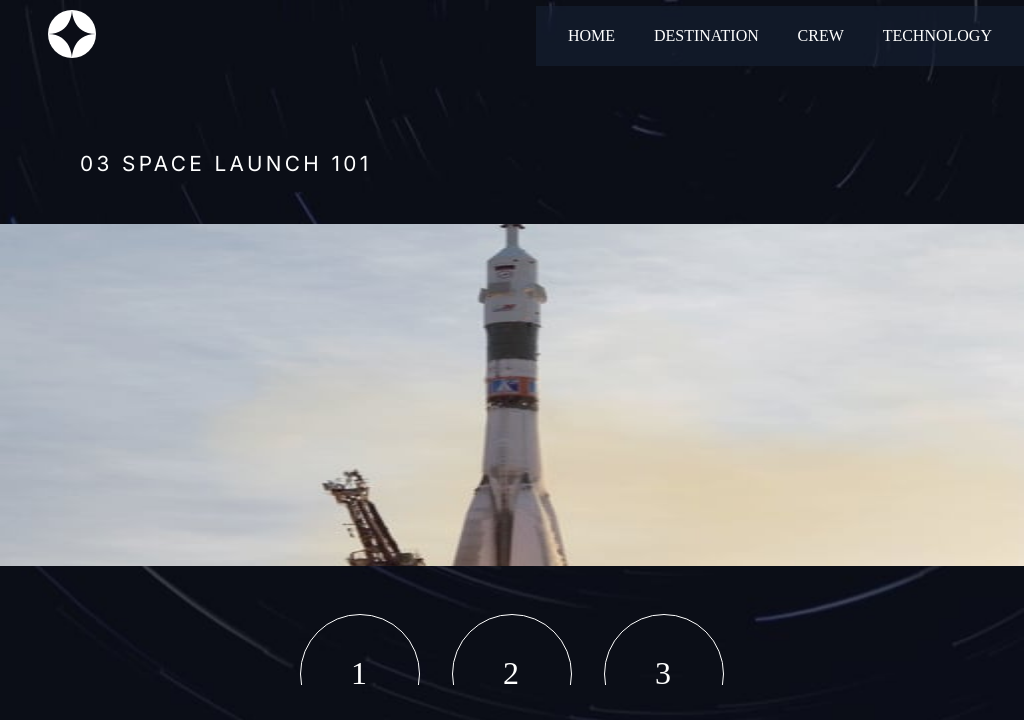
Repository: nilesjamex/space
Page: /Technology
An editor plug-in stored every save of this project. The page is shown before and after the next save, followed by the edit.
The browser window is 1024 px wide. The pictures show the whole page.
Some web fonts or font styles are not loaded; a fallback is used. The project was rebuilt for these pictures with package versions that can differ from the ones it lists, and the page was loaded fresh each time. The framework's server and built-in components were replaced by stand-ins that run in the browser. Also part of the build but not shown: next.config.js.

Above is the page before, as saved 2022-01-09 00:06:41.

### pages/_document.js
import Document, { Html, Head, Main, NextScript } from 'next/document'

class MyDocument extends Document {
  render() {
    return (
      <Html>
        <Head>
          <link rel="preconnect" href="https://fonts.googleapis.com" />
<link rel="preconnect" href="https://fonts.gstatic.com" crossOrigin />
<link href="https://fonts.googleapis.com/css2?family=Bellefair&display=swap" rel="stylesheet" />
        <link rel="preconnect" href="https://fonts.googleapis.com" />
<link rel="preconnect" href="https://fonts.gstatic.com" crossOrigin />
<link href="https://fonts.googleapis.com/css2?family=Barlow+Condensed:ital,wght@0,100;0,300;0,400;1,100&family=Inter&display=swap" rel="stylesheet" />
        </Head>
        <body>
          <Main />
          <NextScript />
        </body>
      </Html>
    )
  }
}

export default MyDocument

### pages/Technology.js
import React from 'react'
import Home from '../Components/Technology/Home/home';



const Technology = () => {
    return (
        <div>
            <Home />
        </div>
    )
}

export default Technology

### styles/globals.css
a {
  color: inherit;
  text-decoration: none;
}

*{
  margin: 0;
  padding: 0;
  box-sizing: border-box;
  max-width: 100%;
  max-height: 100vh;
  overflow-y: hidden;
}

li {
  list-style: none;
  cursor: pointer;
}

### Components/Technology/Home/home.js
import React from 'react';
import styles from './home.module.css'
import Nav from './../../../Layout/Nav';
import { Image } from 'next/image';
import Tech from './../Tech1/Tech';

export const Home = () => {
    return (
        <div className={styles.home}>
        <div>
         <Nav/>
        </div>
        <div>
        <div>
           <h3 className={styles.hometext}> 03 Space launch 101</h3>
        </div>
        </div>
        <div>
        <Tech />
        </div>
        </div>
    )
}
export default Home

### Components/Technology/Home/home.module.css
.home {
    background: url("../../../public/assets/technology/background-technology-desktop.jpg");
    background-size: cover;
    height: 100vh;
}
.hometext {
    font-family: 'Barlow Condensed', sans-serif;
    font-family: 'Inter', sans-serif;
    font-style: normal;
    font-weight: normal;
    font-size: 28px;
    line-height: 34px;letter-spacing: 4.725px;
    text-transform: uppercase;
    color: #FFFFFF;
    margin: 5rem 0 1rem 10rem;
}

@media screen and (max-width: 1024px) {
    .home {
        background: url("../../../public/assets/technology/background-technology-tablet.jpg");
        background-size: cover;
        height: 100vh;
    }
    .hometext {
        font-size: 1.3rem;
        line-height: 24px;
        /*  identical to box height */
        letter-spacing: 3.375px;
        margin: 5rem 0 1rem 5rem;
    }
}

### Layout/Nav.js
import React, {useState} from 'react';
import styles from './nav.module.css';
import Link from 'next/link';

const Nav = ({children}) => {
  const [active, setActive] = useState(false);

  const onClick = (e) => {
    setActive(!active);
  };
    return (
       <div className={styles.navBody}>
        <nav className={styles.nav}>
         <div>
            <svg width="48" height="48" viewBox="0 0 48 48" fill="none" xmlns="http://www.w3.org/2000/svg">
<circle cx="24" cy="24" r="24" fill="white"/>
<path fillRule="evenodd" clipRule="evenodd" d="M24 0C24 0 24 24 0 24C23.5776 24.1714 24 48 24 48C24 48 24 24 48 24C24 24 24 0 24 0Z" fill="#0B0D17" />
</svg>
  </div>

<ul className={`${styles.ul} ${active ? styles.activenav : ""}` } >
<li className={styles.li}><Link href="/"> HOME </Link></li>
<li className={styles.li}><Link href="/Destinations">DESTINATION </Link></li>
<li className={styles.li}><Link href="/Crew">CREW</Link></li>
<li className={styles.li}><Link href="/Technology">TECHNOLOGY</Link></li>
</ul>
<div className={`${styles.toggle} ${active ? styles.toggleanime : ""}`}
          onClick={onClick}
        >
          <div className={`${styles.toggleline} ${styles.line1}`}></div>
          <div className={`${styles.toggleline} ${styles.line2}`}></div>
          <div className={`${styles.toggleline} ${styles.line3}`}></div>
        </div>
        </nav>
      <div className={styles.mainBody}> {children} </div>
</div>
    )
}

export default Nav

### Components/Technology/Tech1/Tech.js
import React, {useState} from 'react'
import Image from 'next/image';
import styles from './Tech.module.css';
import Vehicle from '../../../public/assets//technology/image-launch-vehicle-landscape.jpg';
import Vehicle2 from '../../../public/assets//technology/image-launch-vehicle-portrait.jpg';
import Spaceport from '../../../public/assets//technology/image-spaceport-landscape.jpg';
import Capsule from '../../../public/assets//technology/image-space-capsule-landscape.jpg';
const Tech = () => {
    const [steps, setSteps] = useState(1);

    const next = (e) => {
        e.preventDefault();
        setSteps(steps + 1);
    }
    const prev = (e) => {
        e.preventDefault();
        setSteps(steps - 1);
    };

    switch (steps) {
        case 1:
            return (
        <div className={styles.techhome}>
           <div className={styles.TechNumbers}>
           <ul className={styles.numbers}>
           <li className={styles.number}>1</li>
           <li onClick={next} className={styles.number}>2</li>
           <li  onClick={(e) => {
      setSteps(steps+2)}} className={styles.number}>3</li>
           </ul>
           </div>
           <div className={styles.techtext}>
           <p className={styles.techtexthead}>The terminology...</p>
  <h2 className={styles.techtextsub}>Launch vehicle</h2>

  <p className={styles.techtextbody}>A launch vehicle or carrier rocket is a rocket-propelled vehicle used to carry a
  payload from Earths surface to space, usually to Earth orbit or beyond. Our
  WEB-X carrier rocket is the most powerful in operation. Standing 150 metres tall,
  it is quite an awe-inspiring sight on the launch pad!</p>
  </div>
  <div className={styles.imagediv}>
  <Image className={styles.image} src={Vehicle2} height="527" width="1024" alt="uu" />

  </div>
        </div>
    );

    case 2: return (
        <div className={styles.techhome}>
           <div>
           <ul className={styles.numbers}>
           <li onClick={prev} className={styles.number}>1</li>
           <li className={styles.number}>2</li>
           <li onClick={next} className={styles.number}>3</li>
           </ul>
           </div>
           <div className={styles.techtext}>
           <p className={styles.techtexthead}>The terminology...</p>
  <h2 className={styles.techtextsub}>Spaceport</h2>

  <p className={styles.techtextbody}> A spaceport or cosmodrome is a site for launching (or receiving) spacecraft,
  by analogy to the seaport for ships or airport for aircraft. Based in the
  famous Cape Canaveral, our spaceport is ideally situated to take advantage
  of the Earth’s rotation for launch.</p>
  </div>
 <div className={styles.imagediv}><Image src={Spaceport} height="527" width="515" alt="uu" /> </div>
        </div>
    );

    case 3:
    return (


     <div className={styles.techhome}>
           <div>
           <ul className={styles.numbers}>
           <li  onClick={(e) => {
      setSteps(steps-2)}} className={styles.number}>1</li>
           <li onClick={prev} className={styles.number}>2</li>
           <li className={styles.number}>3</li>
           </ul>
           </div>
           <div className={styles.techtext}>
           <p className={styles.techtexthead}>The terminology...</p>
  <h2 className={styles.techtextsub}>Space capsule</h2>

  <p className={styles.techtextbody}> A space capsule is an often-crewed spacecraft that uses a blunt-body reentry
  capsule to reenter the Earths atmosphere without wings. Our capsule is where
  you will spend your time during the flight. It includes a space gym, cinema,
  and plenty of other activities to keep you entertained.</p>
  </div>
  <div className={styles.imagediv}><Image src={Capsule} height="527" width="515" alt="uu" /> </div>
        </div>
         )
    }

}

export default Tech

### Layout/nav.module.css
.nav {
    display: flex;
    justify-content: space-between;
    align-items: center;
    padding-left: 3rem;
    width: 100%;
    height: 10vh;
    }

.ul {
    display: flex;
    width: 50%;
    justify-content: space-between;
    align-items: center;
    color: #fff;
    background-color: rgba(24, 36, 59, 0.5);
    height: 60px;
    padding: 0 2rem;

}

.navBody {
    height: 100%;
}
.toggle {
    display: none;
  }

  @media screen and (max-width: 768px) {
    .toggle {
        display: block;
        cursor: pointer;
        order: 2;
        z-index: 10;
        margin-right: 1rem;
      }
      .toggleline {
        width: 30px;
        height: 3px;
        background-color: #fff;
        margin: 5px;
      }
      .ul {
        order: 3;
        width: 100%;
        height: 100%;
        display: inline-block;
        position: fixed;
        z-index: 4;
        right: 0;
        left: 0;
        bottom: 0;
        top: 0;
        display: flex;
        justify-content: center;
        align-items: center;
        flex-direction: column;
        overflow-x: hidden;
        background: rgba(242, 245, 250);
        transform: translateY(100vh);
        transition: all ease-out 0.2s;
        background-color: rgba(24, 36, 59);
      }
      .li {
        margin: 0 0 2rem;
        opacity: 0;
        transform: translateY(10vh);
      }
      .activenav {
        transform: translateX(0);
      }
      .li {
        margin: 0 0 2rem;
        opacity: 1;
        transform: translateX(0);
        transition: all ease-out 0.8s;
      }
      .toggleanime .line1 {
        transform: rotate(-45deg) translate(-5px, 6px);
      }

      .toggleanime .line2 {
        opacity: 0;
      }

      .toggleanime .line3 {
        transform: rotate(45deg) translate(-5px, -6px);
      }

      .ul.activenav {
        transform: translateX(0);
      }
      .li {
        margin: 0 0 2rem;
        opacity: 1;
        transform: translateX(0);
        transition: all ease-out 0.8s;
      }
  }

### Components/Technology/Tech1/Tech.module.css
.techhome {
    display: flex;
    justify-content: space-around;
}
.numbers {
    display: flex;
    flex-direction: column;
    margin-top: 4rem;
}
.number {
    width: 120px;
    height: 120px;
    margin: 1rem 0;
    border-radius: 70%;
    background-color: transparent;
    border: 1px solid #FFFFFF;
    box-sizing: border-box;
    font-family: 'Bellefair', serif;
    font-style: normal;
    font-weight: normal;
    font-size: 32px;
    line-height: 37px;
    /* identical to box height */
    text-align: center;
    align-items: center;
    letter-spacing: 2px;
    color: #FFFFFF;
    padding: 2.5rem;
}
.techtext {
    width: 470px;
    height: 303px;
    align-self: center;
    margin-top: 4rem;
}
.techtexthead {
    font-family: 'Barlow Condensed', sans-serif;
    font-family: 'Inter', sans-serif;
    font-style: normal;
    font-weight: normal;
    font-size: 16px;
    line-height: 19px;
    letter-spacing: 2.7px;
    color: #D0D6F9;
}
.techtextsub {
    font-family: 'Bellefair', serif;
    font-style: normal;
    font-weight: normal;
    font-size: 56px;
    line-height: 64px;
    color: #FFFFFF;
    margin-top: 2rem;
}
.techtextbody {
    font-family: 'Barlow Condensed', sans-serif;
    font-family: 'Inter', sans-serif;
    font-style: normal;
    font-weight: normal;
    font-size: 18px;
    line-height: 32px;
    /* or 178% */
    color: #D0D6F9;
    margin: 2rem 0;
}
.imagediv {
    margin-right: -8rem;
}

@media screen and (max-width: 1024px) {
    .techhome {
        display: flex;
        flex-direction: column;
    }
    .numbers {
        display: flex;
        flex-direction: row;
        margin-top: 2rem;
        justify-content: center;
    }
    .number {
        margin: 1rem;
    }
    .TechNumbers {
        order: 2;
    }
    .techtext {
        width: 470px;
        height: 303px;
        align-self: center;
        text-align: center;
        margin-top: 2rem;
        order: 3;
    }
    .image {
        width: 100vw;
    }
    .imagediv {
        margin-top: 2rem;
        order: 1;
    }
}

Loaded but not shown: pages/_app.js (common file)

After the next save:
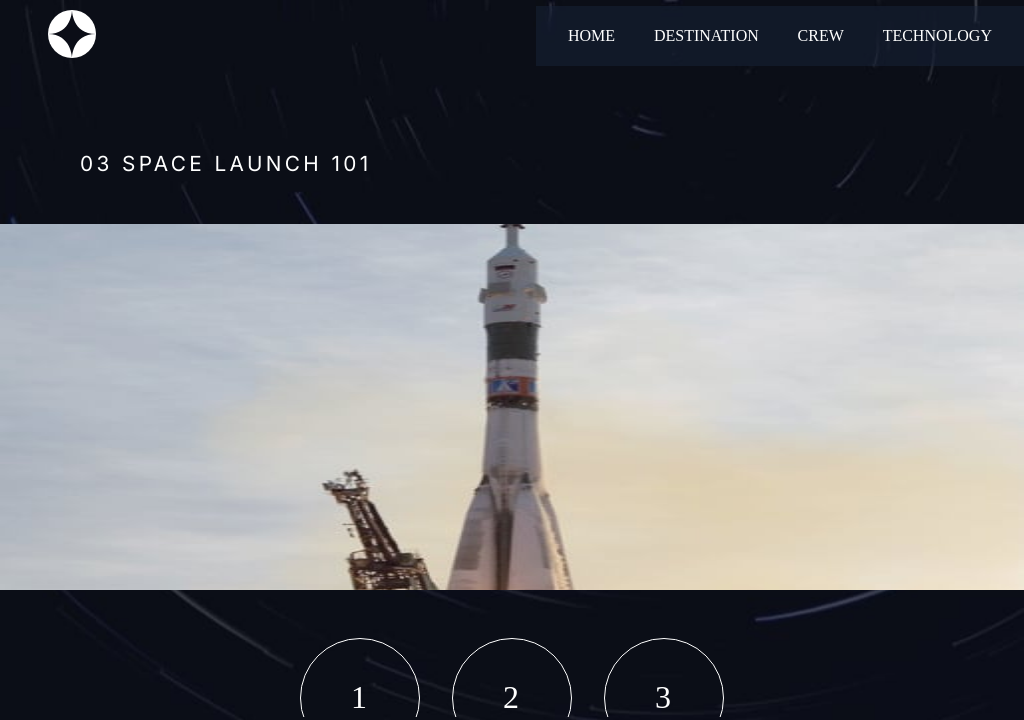
Saved 71 s later.
--- a/Components/Technology/Tech1/Tech.module.css
+++ b/Components/Technology/Tech1/Tech.module.css
@@ -85,8 +85,8 @@
         order: 2;
     }
     .techtext {
-        width: 470px;
-        height: 303px;
+        width: 458px;
+        height: 237px;
         align-self: center;
         text-align: center;
         margin-top: 2rem;
